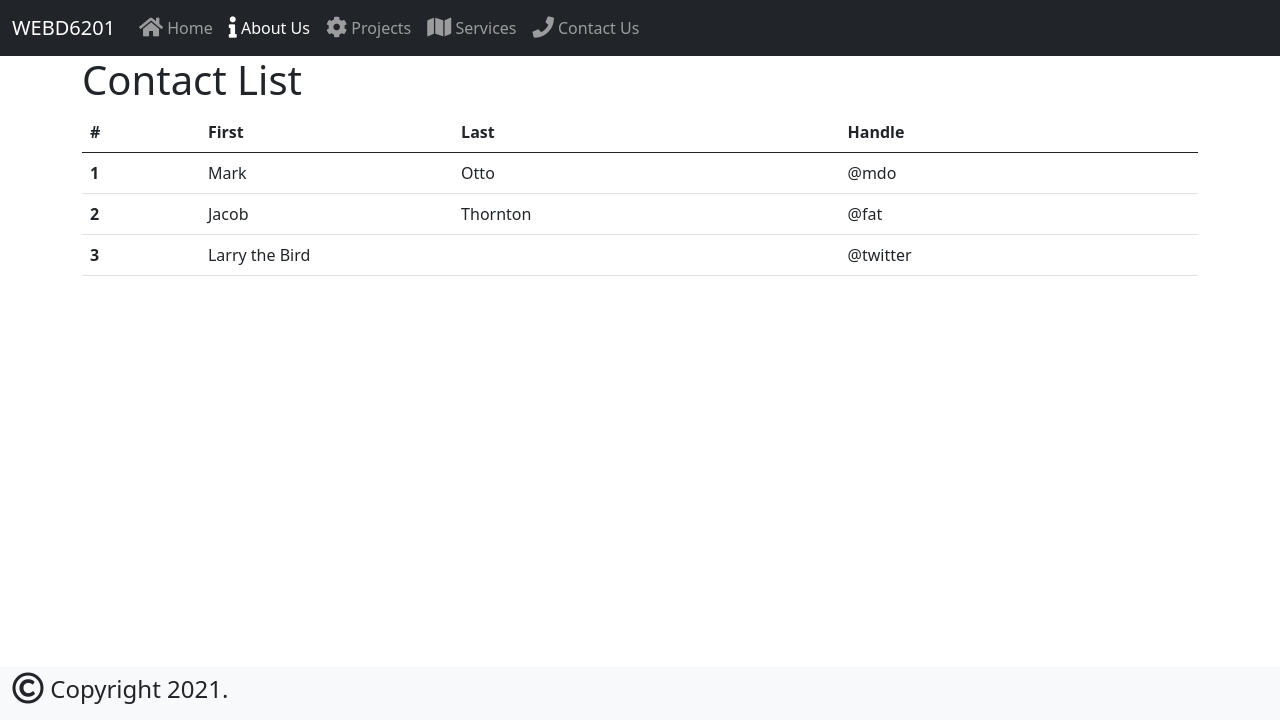
Repository: MuzhdaEhsan/WEBD6201-W2021-Lab1
Page: contact-list.html
An editor plug-in stored every save of this project. The page is shown before and after the next save, followed by the edit.
The browser window is 1280 px wide. The pictures show the whole page.

Above is the page before, as saved 2021-01-28 09:51:15.

### contact-list.html
<!DOCTYPE html>
<html lang="en">
<head>
    <meta charset="UTF-8">
    <meta name="viewport" content="width=device-width, initial-scale=1.0">
    <title>Contact List</title>
    <!-- CSS Section -->
    <link rel="stylesheet" href="./node_modules/bootstrap/dist/css/bootstrap.min.css">
    <link rel="stylesheet" href="./node_modules/@fortawesome/fontawesome-free/css/all.min.css">
    <link rel="stylesheet" href="./Content/app.css">
</head>
<body>
    <!-- Main Header -->
    <header>
        <!-- Main Navigation -->
        <nav class="navbar navbar-expand-lg navbar-dark bg-dark">
            <div class="container-fluid">
              <a class="navbar-brand" href="index.html">WEBD6201</a>
              <button class="navbar-toggler" type="button" data-bs-toggle="collapse" data-bs-target="#navbarSupportedContent" aria-controls="navbarSupportedContent" aria-expanded="false" aria-label="Toggle navigation">
                <span class="navbar-toggler-icon"></span>
              </button>
              <div class="collapse navbar-collapse" id="navbarSupportedContent">
                <ul class="navbar-nav me-auto mb-2 mb-lg-0">
                  <li class="nav-item">
                    <a class="nav-link" aria-current="page" href="index.html"><i class="fas fa-home fa-lg"></i> Home</a>
                  </li>

                  <li class="nav-item">
                    <a class="nav-link active" aria-current="page" href="about.html"><i class="fas fa-info fa-lg"></i> About Us</a>
                  </li>

                  <li class="nav-item">
                    <a class="nav-link" aria-current="page" href="projects.html"><i class="fas fa-cog fa-lg"></i> Projects</a>
                  </li>

                  <li class="nav-item">
                    <a class="nav-link" aria-current="page" href="services.html"><i class="fas fa-map fa-lg"></i> Services</a>
                  </li>

                  <li class="nav-item">
                    <a class="nav-link" aria-current="page" href="contact.html"><i class="fas fa-phone fa-lg"></i> Contact Us</a>
                  </li>
                </ul>
              </div>
            </div>
          </nav>
    </header>

    <!-- Main Content -->
    <main class="container">
        <h1>Contact List</h1>

        <div class="col">
          <table class="table">
            <thead>
              <tr>
                <th scope="col">#</th>
                <th scope="col">First</th>
                <th scope="col">Last</th>
                <th scope="col">Handle</th>
              </tr>
            </thead>
            <tbody>
              <tr>
                <th scope="row">1</th>
                <td>Mark</td>
                <td>Otto</td>
                <td>@mdo</td>
              </tr>
              <tr>
                <th scope="row">2</th>
                <td>Jacob</td>
                <td>Thornton</td>
                <td>@fat</td>
              </tr>
              <tr>
                <th scope="row">3</th>
                <td colspan="2">Larry the Bird</td>
                <td>@twitter</td>
              </tr>
            </tbody>
          </table>
        </div>
    </main>

    <!-- Main Footer -->
    <footer>
        <nav class="navbar fixed-bottom navbar-light bg-light">
            <div class="container-fluid">
              <h4><i class="far fa-copyright fa-lg"></i> Copyright 2021.</h4>
            </div>
          </nav>
    </footer>

    <!-- Script Section-->
    <script src="./node_modules/jquery/dist/jquery.min.js"></script>
    <script src="./node_modules/bootstrap/dist/js/bootstrap.bundle.min.js"></script>
    <script src="./Scripts/contact.js"></script>
    <script src="./Scripts/app.js"></script>
</body>
</html>

### Scripts/contact.js

"use strict";
// contact class
class Contact
{
  // getters and Setters for private variables
  get FullName()
  {
    return this.m_fullName;
  }
  set FullName(value)
  {
    this.m_fullName = value;
  }
  get ContactNumber()
  {
    return this.m_contactNumber;
  }
  set ContactNumber(value)
  {
    this.m_contactNumber = value;
  }
  get EmailAddress()
  {
    return this.m_emailAddress;
  }
  set EmailAddress(value)
  {
    this.m_emailAddress = value;
  }

  // constructor
  /**
   *
   * @param {string} fullName
   * @param {string} contactNumber
   * @param {string} emailAddress
   */
  constructor(fullName = "", contactNumber = "", emailAddress = "")
  {
    this.FullName = fullName;
    this.ContactNumber = contactNumber;
    this.EmailAddress = emailAddress;
  }
  /**
   * this method override the built-in toString for the Contact class
   * @returns {string}
   */
  toString()
  {
    return `Full Name:     ${this.m_fullName}\nContact Number: ${this.m_contactNumber}\nEmail Address: ${this.m_emailAddress}`;
  }

  /**
   * this method returns a json object
   */
  toJSON()
  {
    return{
      "fullName": this.FullName,
      "contactNumber": this.ContactNumber,
      "emailAddress": this.EmailAddress
    }
  }

  /**
   * this method converts the contact into a comma separated value string
   * @params {string}
   */
  serialize()
  {

    if (this.fullName !== "" && this.ContactNumber !== "" && this.EmailAddress !== "")
    {
      return `${this.FullName},${this.ContactNumber},${this.EmailAddress}`;
    }

    else
    {
      console.error("One or more properties are empty!");
      return null;
    }

  }
/**
 * this method takes the comma separated data string and assigns the values to the contact class properties
 * @param {string} data
 * @return {void}
 */
  deserialize(data)
  {
    let propertyArray = data.split(",");
    this.FullName = propertyArray[0];
    this.ContactNumber = propertyArray[1];
    this.EmailAddress = propertyArray[2];
  }
}

### Scripts/app.js
/* custom JavaScript goes here */

//IIFE - Immediately Invoked Function Expression
//AKA - Anonymous Self-Executing Function
//Closure - limits scope leak

"use strict";

let myContact =
{
  "firstName":"Muzhda",
  "contactNumber":"234234",
  "emailAddress":"muzhda@gmail.com",
  "saysHello":function()
  {
    console.log(`${fullName} says Hello`);
  },
  "someOtherObject": {
    "friendsList": [
      "Peter Parker", "Tony Stark", "Stephen Strange"
    ]
  }
};


(function()
{
    function displayHome()
    {
        let paragraphOneText =
          "This is a simple site to demonstrate DOM Manipulation for ICE 1";

        let paragraphOneElement = document.getElementById("paragraphOne");

        paragraphOneElement.textContent = paragraphOneText;
        paragraphOneElement.className = "fs-5";

        // Step 1. document.createElement
        let newParagraph = document.createElement("p");
        // Step 2. configure the element
        newParagraph.setAttribute("id", "paragraphTwo");
        newParagraph.textContent = "...And this is paragraph two";
        // Step 3. select the parent element
        let mainContent = document.getElementsByTagName("main")[0];
        // Step 4. Add / Insert the element
        mainContent.appendChild(newParagraph);

        newParagraph.className = "fs-6";

        // another way of injecting content
        let paragraphDiv = document.createElement("div");
        let paragraphThree = `<p id="paragraphThree" class="fs-7 fw-bold">And this is the Third Paragraph</p>`;
        paragraphDiv.innerHTML = paragraphThree;

        // insertions

        // example of inserting before a node
        //newParagraph.before(paragraphDiv);

        // example of inserting after a node
        newParagraph.after(paragraphDiv);

        // deletions

        // example of removing a single element
        //paragraphOneElement.remove();

        // example of removeChild
        mainContent.removeChild(paragraphOneElement);

        // update / modification
        //mainContent.firstElementChild.textContent = "Welcome Home!";

        mainContent.innerHTML = `<h1 id="firstHeading">Welcome to WEBD6201 - Lab 1</h1>
         <p id="paragraphOne" class="fs-3 fw-bold">This is my first Paragraph</p>
        `;

    }

    function displayAbout()
    {

    }

    function displayProjects()
    {

    }

    function displayServices()
    {

    }

    function displayContact()
    {
        let messageArea = document.getElementById("messageArea");
        messageArea.hidden = true;

        // form validation
        let fullName = document.getElementById("fullName");
        fullName.addEventListener("blur", function() {
            if(fullName.value.length < 2)
            {
                fullName.focus();
                fullName.select();
                messageArea.hidden = false;
                messageArea.className = "alert alert-danger";
                messageArea.textContent = "Please enter an appropriate Name";
            }
            else
            {
                messageArea.removeAttribute("class");
                messageArea.hidden = true;
            }
        });

        let sendButton = document.getElementById("sendButton");
        sendButton.addEventListener("click", function(event){
           // event.preventDefault();

            let contact = new Contact(fullName.value, contactNumber.value, emailAddress.value);

            if(contact.serialize())
            {
              localStorage.setItem((localStorage.length + 1).toString(), contact.serialize());

            }

            //console.log(contact.toString());
            //console.log(contact.serialize());
        });
    }

    function displayContactList()
    {
      if(localStorage.length <0)
      {
        let contactList = document.getElementById("contactList");
        let data = "";
        for (let index = 1; index < localStorage -1; index++){
          let contactData = localStorage.getItem((index +1).toString());
          let contact = new Contact();
          contact.deserialize(contactData);

          data += `<tr>
          <th scope="row">${index+1}</th>
          <td>${contact.FullName}</td>
          <td>${contact.ContactNumber}</td>
          <td>${contact.EmailAddress}</td>
          <tr>`;
        }

        contactList.innerHTML = data;

      }


    }

    function Start()
    {
        console.log("App Started...");

        switch (document.title)
        {
          case "Home":
              displayHome();
            break;
          case "About":
              displayAbout();
            break;
          case "Projects":
              displayProjects();
            break;
          case "Services":
              displayServices();
            break;
          case "Contact":
              displayContact();
            break;
            case "Contact":
              displayContactList();
            break;
        }

    }

    window.addEventListener("load", Start);

})();

Loaded but not shown: node_modules/bootstrap/dist/css/bootstrap.min.css (library); node_modules/@fortawesome/fontawesome-free/css/all.min.css (library); Content/app.css (common file); node_modules/jquery/dist/jquery.min.js (library); node_modules/bootstrap/dist/js/bootstrap.bundle.min.js (library)

After the next save:
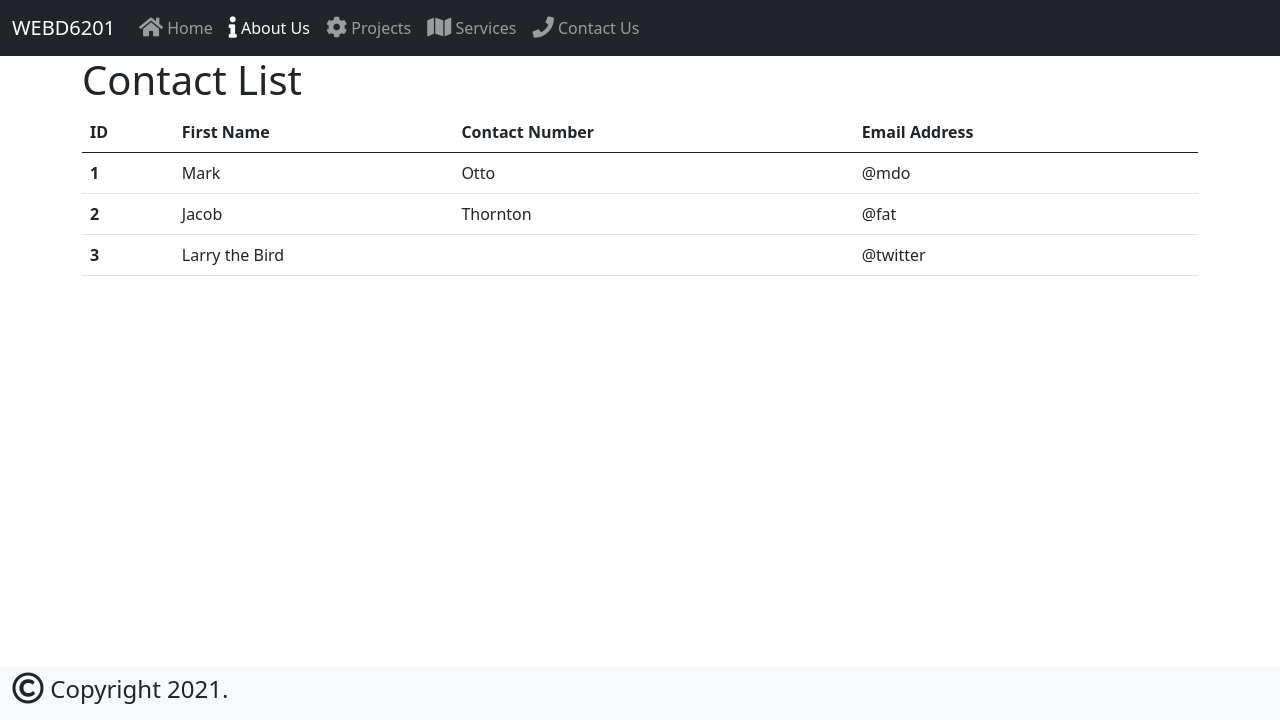
Saved 61 s later.
--- a/contact-list.html
+++ b/contact-list.html
@@ -54,10 +54,10 @@
           <table class="table">
             <thead>
               <tr>
-                <th scope="col">#</th>
-                <th scope="col">First</th>
-                <th scope="col">Last</th>
-                <th scope="col">Handle</th>
+                <th scope="col">ID</th>
+                <th scope="col">First Name</th>
+                <th scope="col">Contact Number</th>
+                <th scope="col">Email Address</th>
               </tr>
             </thead>
             <tbody>
